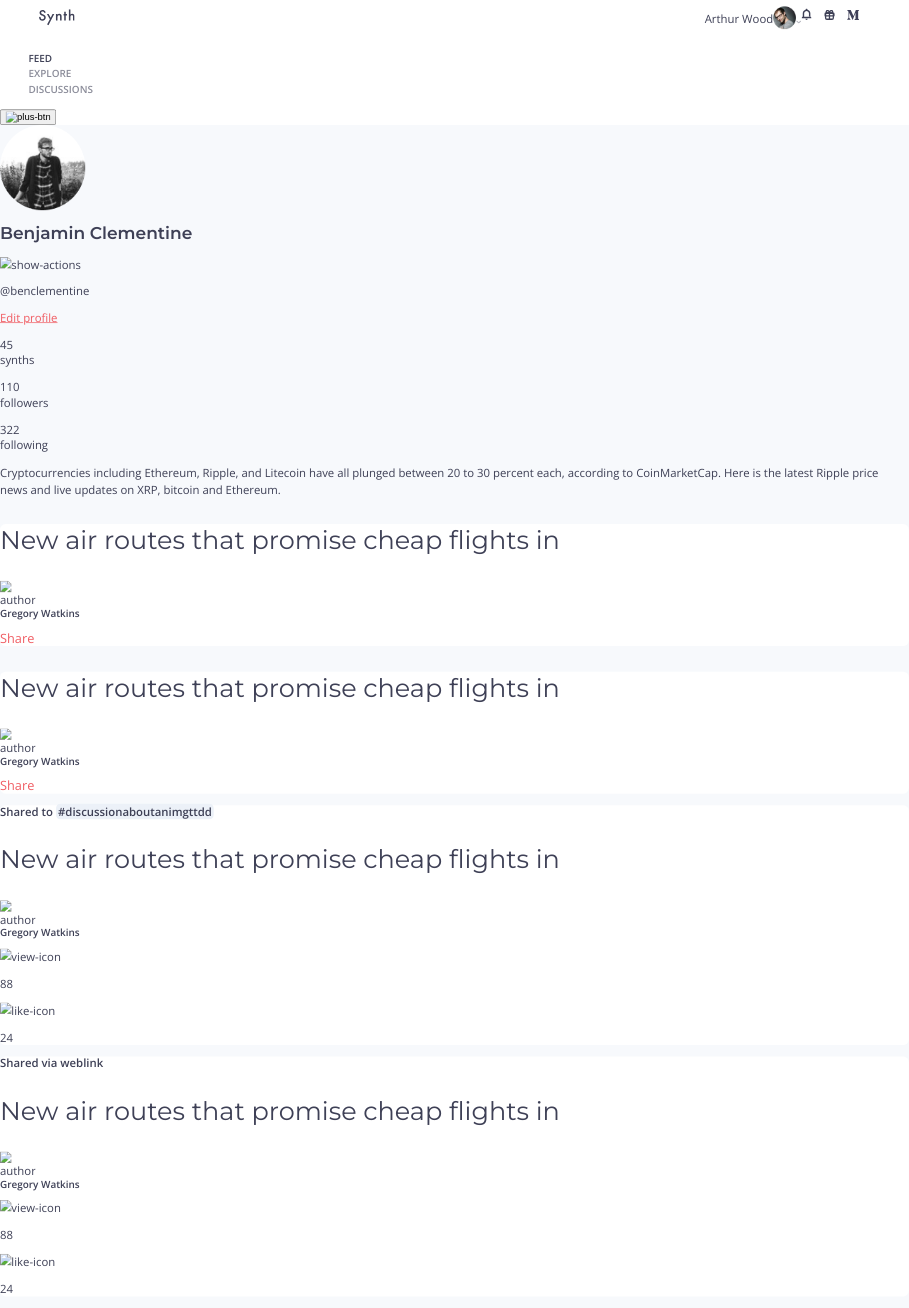
Repository: ecspetra/swivl-test-task
Page: index.html
The author's editor kept a copy of each file at every save. The page is drawn from the files as they stood at one save, then again after the next save.
The browser window is 1280 px wide. The pictures show the whole page, at 71% of full size.
The style sheet was rebuilt from its Sass, Less or Tailwind sources for each picture, by a compiler version that may differ from the author's.

Above is the page before, as saved 2021-12-09 22:18:56.

After the next save:
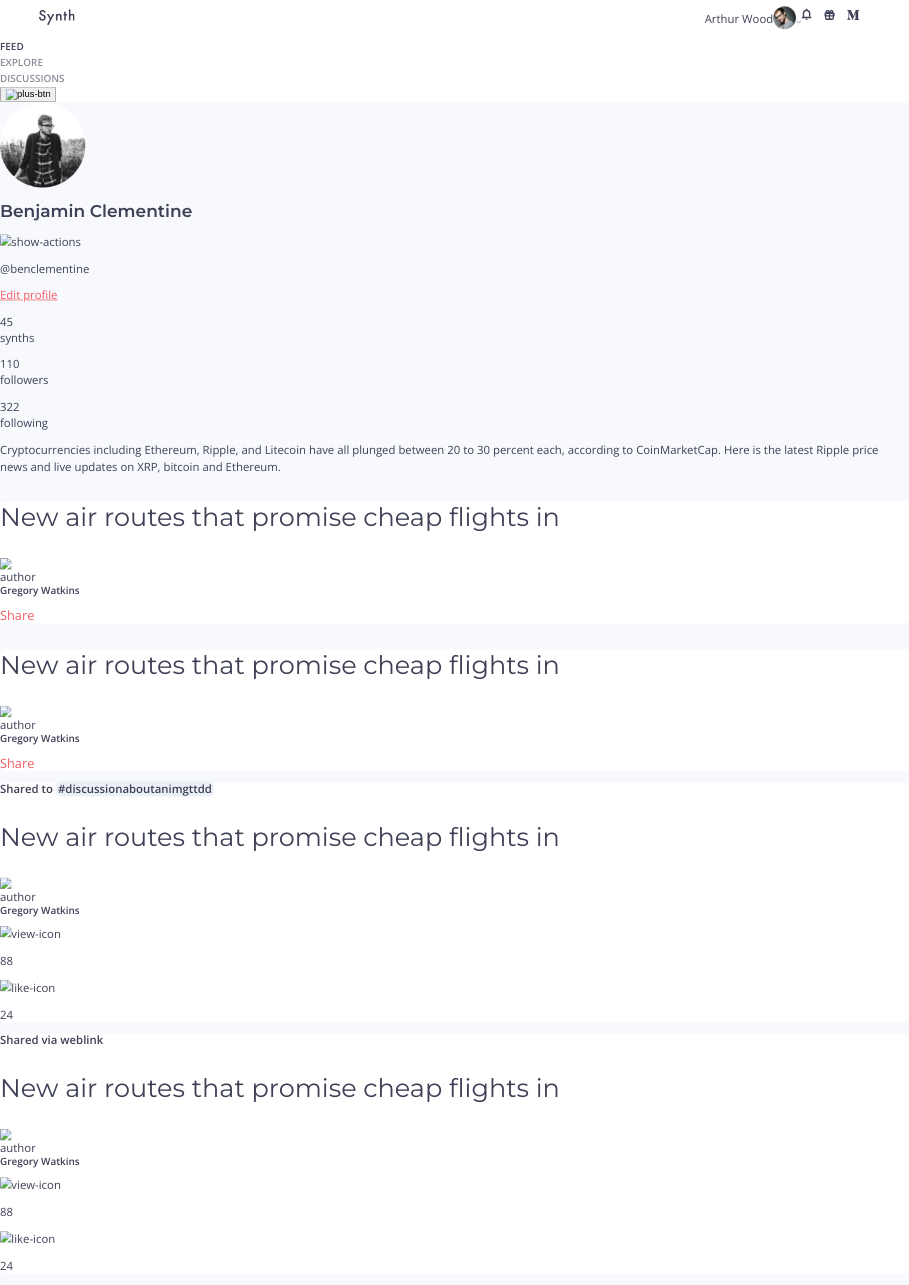
Saved 14 s later.
--- a/scss/style.scss
+++ b/scss/style.scss
@@ -31,10 +31,10 @@ a {
   color: $accent-color;
 }
 ul {
+  padding: 0;
+  margin: 0;
   li {
     list-style-type: none;
-    padding: 0;
-    margin: 0;
   }
 }
 .header {
